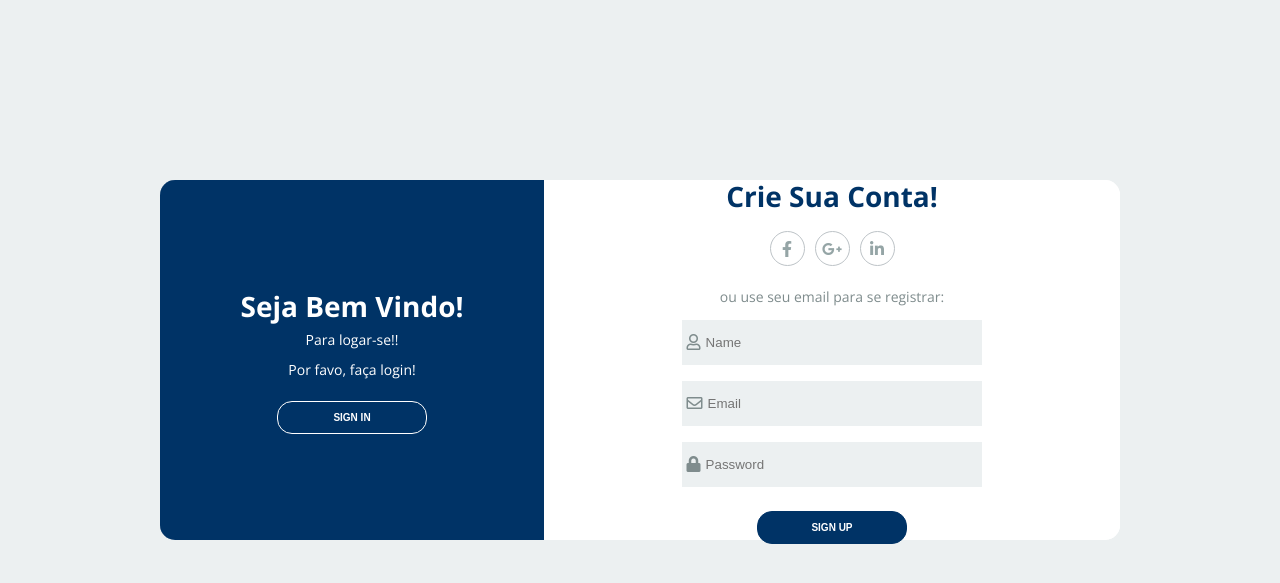
Repository: Gcodeco/ii9Telecom
Page: dist/public/screens/login.html
An editor plug-in stored every save of this project. The page is shown before and after the next save, followed by the edit.
The browser window is 1280 px wide. The pictures show the whole page.
Some web libraries are served in a nearby version.

Above is the page before, as saved 2024-10-31 19:16:07.

After the next save:
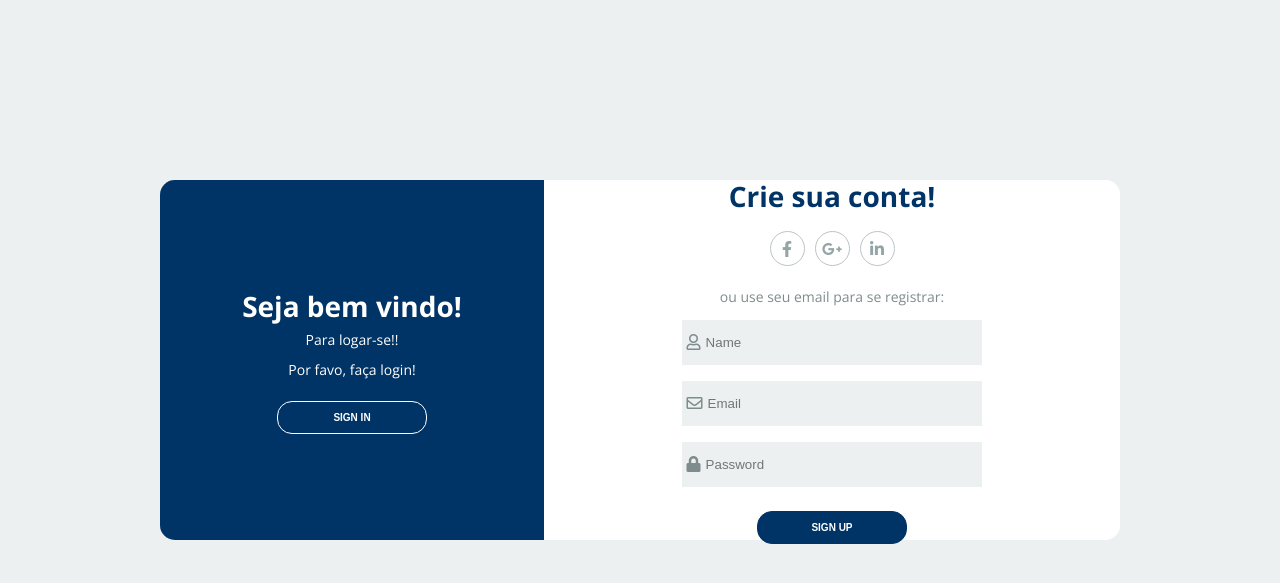
Saved 4 min 30 s later.
--- a/dist/public/css/style.css
+++ b/dist/public/css/style.css
@@ -38,7 +38,7 @@ body {
 .title {
     font-size: 28px;
     font-weight: bold;
-    text-transform: capitalize;
+
 }
 .title-primary {
     color: #fff;
